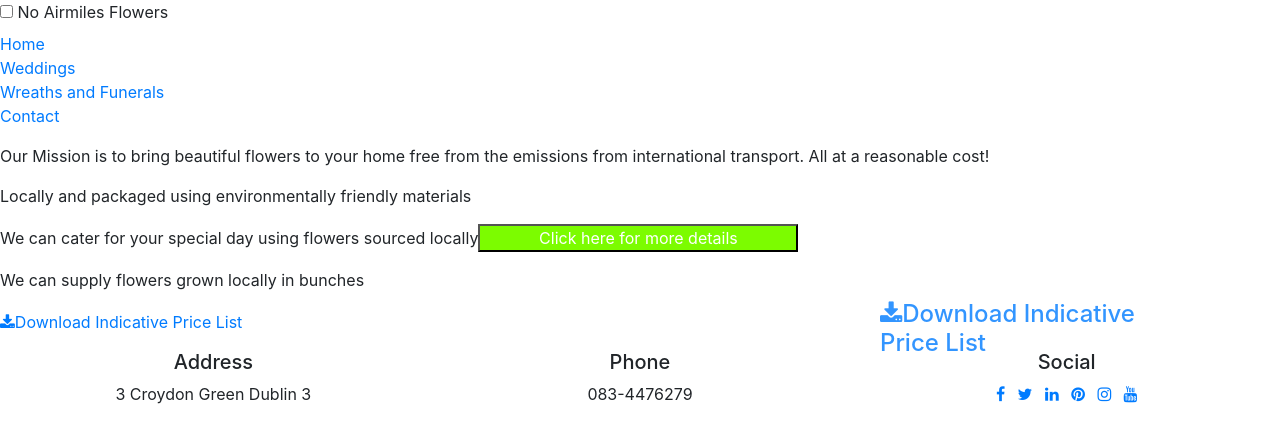
Repository: ConorTC1990/Flowers
Page: weddings.html
The author's editor kept a record of every edit. The page is drawn from the files as they stood at one moment, then again after the next edit.
The browser window is 1280 px wide. The pictures show the whole page.
Some web libraries are served in a nearby version.

Above is the page before.

After the next edit:
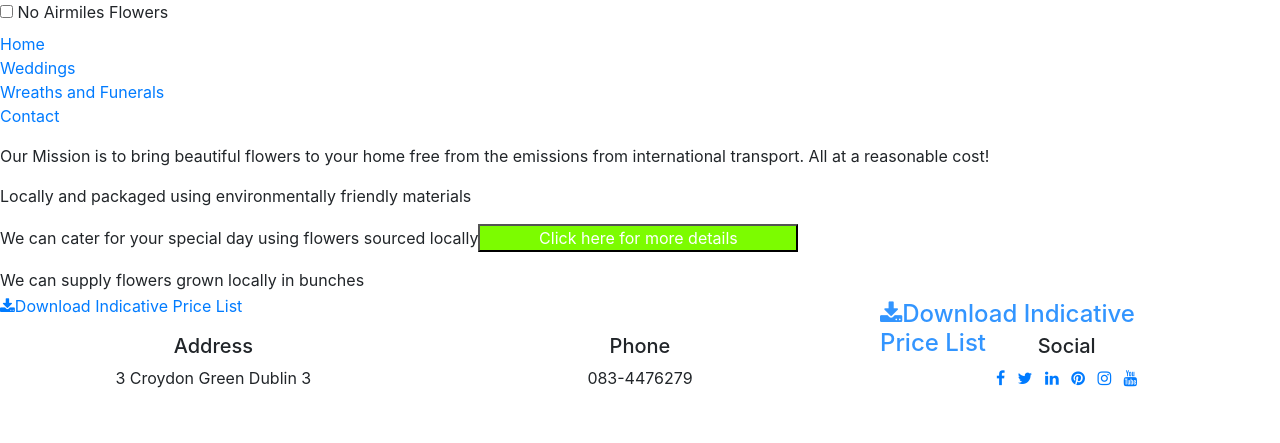
The edit:
--- a/weddings.html
+++ b/weddings.html
@@ -42,10 +42,10 @@
        <div class="videoclass2weddings">
 		    <div class=videoclass2padding>
 		        <ul>
-		            <p><li> Our Mission is to bring beautiful flowers to your home free from the emissions from international transport. All at a reasonable cost!</li></p>
-		            <p><li> Locally and packaged using environmentally friendly materials</li></p>
-		            <p><li>We can cater for your special day using flowers sourced locally<span class"buttonsticky"><button class= "button">Click here for more details</button></span></li></p>
-		            <p><li>We can supply flowers grown locally in bunches</li></p>
+		            <li> Our Mission is to bring beautiful flowers to your home free from the emissions from international transport. All at a reasonable cost!</li></p>
+		            <li> Locally and packaged using environmentally friendly materials</li></p>
+		            <li>We can cater for your special day using flowers sourced locally<span class"buttonsticky"><button class= "button">Click here for more details</button></span></li></p>
+		            <li>We can supply flowers grown locally in bunches</li>
 		            <a href="assets/Indicative Price List" target="_blank" class="hvr-sweep-to-bottom"><i class="fa fa-download" aria-hidden="true"></i><span>Download Indicative Price List</span></a>
 		        </ul>
 		    </div>
